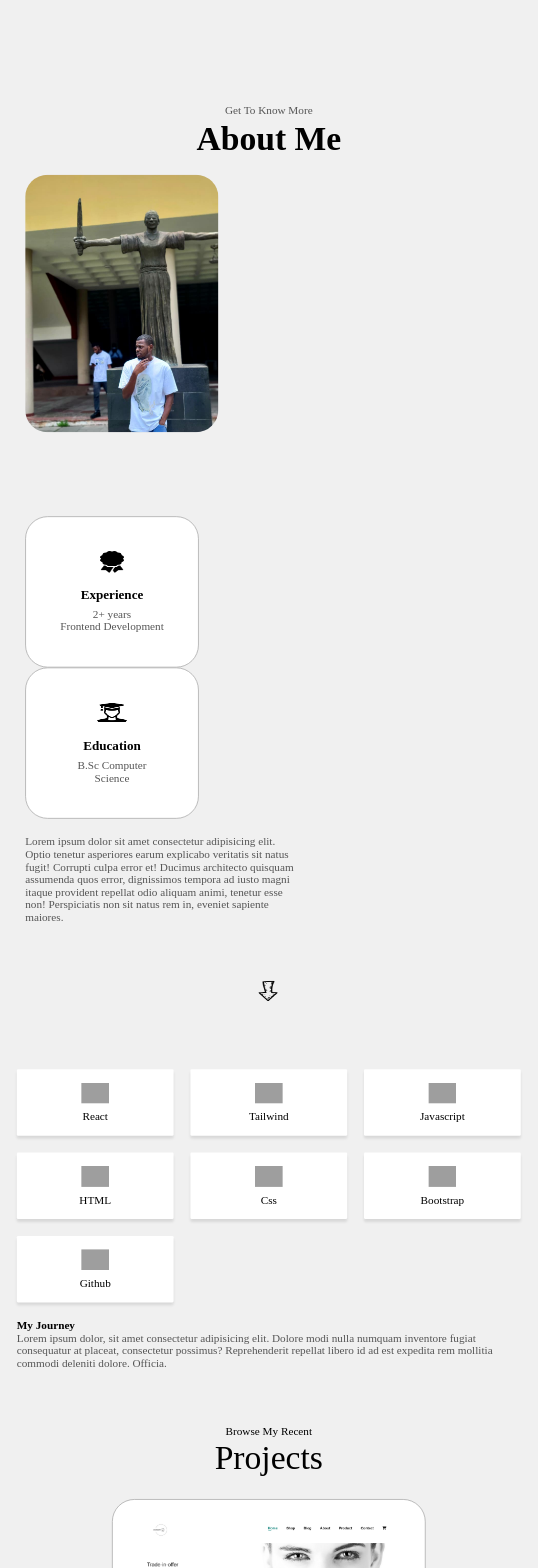
Repository: Austinokezie/Myportfolio
Page: index.html
These files come from the project's save history. The page is drawn as it stood at one moment and after the next save; the edit follows.
The browser window is 768 px wide. The pictures show the part of the page from y = 731 to 2971 px (the page is 4735 px tall before and 4831 px after), at 70% of full size.
Pictures or frames that could not be fetched are drawn as grey boxes. Some web fonts or font styles are not loaded; a fallback is used.

Above is the page before, as saved 2025-10-08 15:10:07.

After the next save:
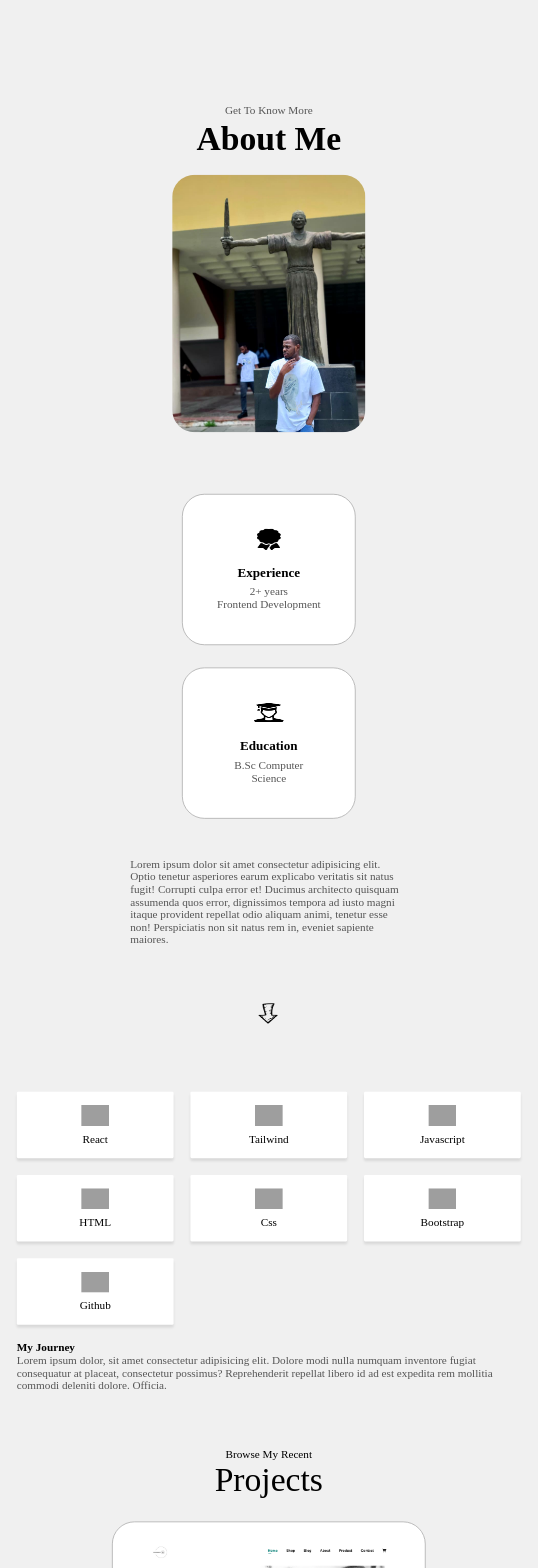
Saved 4 min 57 s later.
--- a/style.css
+++ b/style.css
@@ -250,10 +250,12 @@ section{
 }
 
 .about-containers{
-    justify-content: center;
-   gap: 2rem;
-   margin-bottom: 2rem;
-   margin-top: 2rem;
+    display: flex;
+    flex-wrap: wrap;
+    justify-content: center;
+    gap: 2rem;
+    margin-bottom: 2rem;
+    margin-top: 2rem;
 }
 /* .about-details-container{
     justify-content: center;
@@ -262,6 +264,9 @@ section{
 .about-containers,
 .about-details-container{
     /* display: flex; */
+}
+.about-details-container{
+    display: block;
 }
 .about-pic{
     border-radius: 2rem;
@@ -287,15 +292,16 @@ section{
 }
 .section_container{
     /* display: flex; */
-    gap: 4rem;
+    gap: 2rem;
     /* height: 70%; */
 
 }
 .section__pic-container{
-   height: auto;
+   /* height: auto; */
    width: 100%;
    display: flex;
    justify-content: center;
+   align-items: center;
 }
 
 
@@ -440,3 +446,21 @@ footer p{
     display: block;
   }
 }
+
+@media (max-width: 992px) {
+  .section_container {
+    flex-direction: column;
+    align-items: center;
+  }
+
+  .section__pic-container,
+  .about-details-container {
+    max-width: 100%;
+  }
+
+  .arrow {
+    position: static;
+    display: block;
+    margin: 2rem auto 0;
+  }
+}
